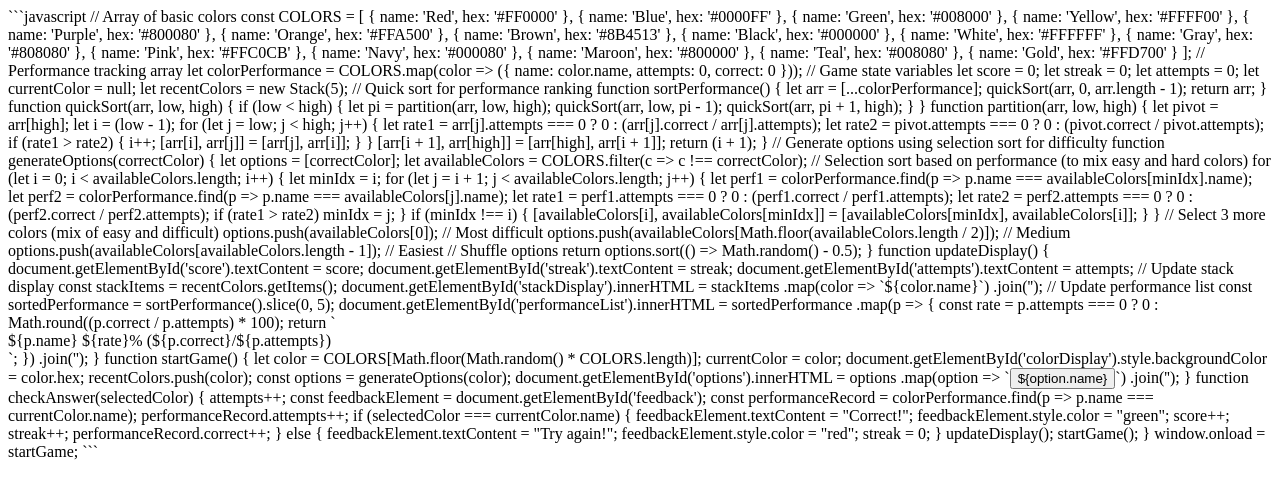
Repository: abhijeets54/learncolors
Page: project.html
The author's editor kept a copy of each file at every save. The page is drawn from the files as they stood at one save, then again after the next save.
The browser window is 1280 px wide. The pictures show the whole page.

Above is the page before, as saved 2024-11-17 19:58:05.

After the next save:
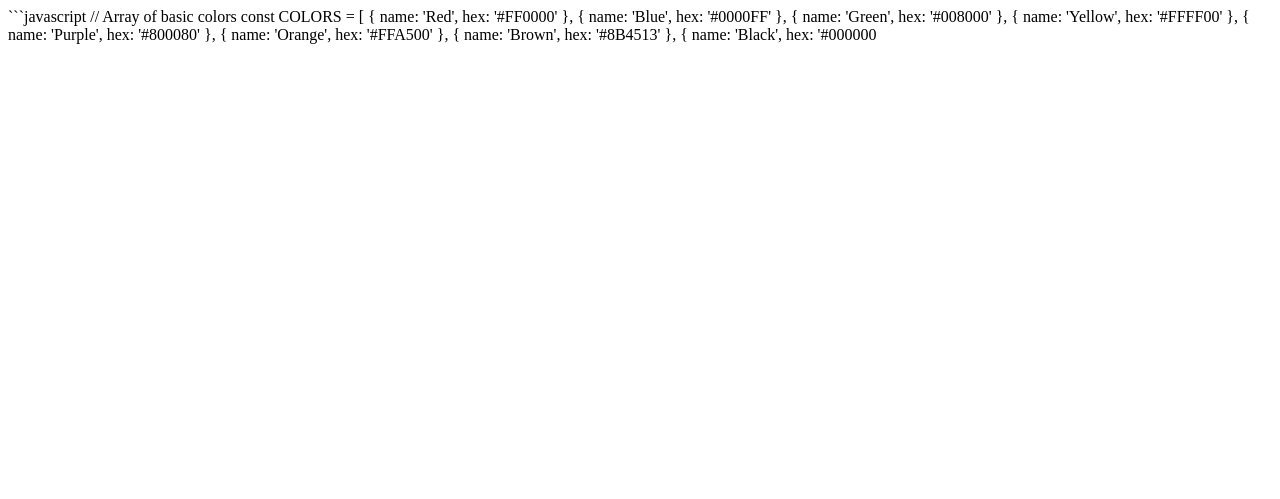
Saved 54 s later.
--- a/project.html
+++ b/project.html
@@ -8,146 +8,4 @@ const COLORS = [
     { name: 'Purple', hex: '#800080' },
     { name: 'Orange', hex: '#FFA500' },
     { name: 'Brown', hex: '#8B4513' },
-    { name: 'Black', hex: '#000000' },
-    { name: 'White', hex: '#FFFFFF' },
-    { name: 'Gray', hex: '#808080' },
-    { name: 'Pink', hex: '#FFC0CB' },
-    { name: 'Navy', hex: '#000080' },
-    { name: 'Maroon', hex: '#800000' },
-    { name: 'Teal', hex: '#008080' },
-    { name: 'Gold', hex: '#FFD700' }
-];
-
-// Performance tracking array
-let colorPerformance = COLORS.map(color => ({
-    name: color.name,
-    attempts: 0,
-    correct: 0
-}));
-
-// Game state variables
-let score = 0;
-let streak = 0;
-let attempts = 0;
-let currentColor = null;
-let recentColors = new Stack(5);
-
-// Quick sort for performance ranking
-function sortPerformance() {
-    let arr = [...colorPerformance];
-    quickSort(arr, 0, arr.length - 1);
-    return arr;
-}
-
-function quickSort(arr, low, high) {
-    if (low < high) {
-        let pi = partition(arr, low, high);
-        quickSort(arr, low, pi - 1);
-        quickSort(arr, pi + 1, high);
-    }
-}
-
-function partition(arr, low, high) {
-    let pivot = arr[high];
-    let i = (low - 1);
-    for (let j = low; j < high; j++) {
-        let rate1 = arr[j].attempts === 0 ? 0 : (arr[j].correct / arr[j].attempts);
-        let rate2 = pivot.attempts === 0 ? 0 : (pivot.correct / pivot.attempts);
-        if (rate1 > rate2) {
-            i++;
-            [arr[i], arr[j]] = [arr[j], arr[i]];
-        }
-    }
-    [arr[i + 1], arr[high]] = [arr[high], arr[i + 1]];
-    return (i + 1);
-}
-
-// Generate options using selection sort for difficulty
-function generateOptions(correctColor) {
-    let options = [correctColor];
-    let availableColors = COLORS.filter(c => c !== correctColor);
-
-    // Selection sort based on performance (to mix easy and hard colors)
-    for (let i = 0; i < availableColors.length; i++) {
-        let minIdx = i;
-        for (let j = i + 1; j < availableColors.length; j++) {
-            let perf1 = colorPerformance.find(p => p.name === availableColors[minIdx].name);
-            let perf2 = colorPerformance.find(p => p.name === availableColors[j].name);
-            let rate1 = perf1.attempts === 0 ? 0 : (perf1.correct / perf1.attempts);
-            let rate2 = perf2.attempts === 0 ? 0 : (perf2.correct / perf2.attempts);
-            if (rate1 > rate2) minIdx = j;
-        }
-        if (minIdx !== i) {
-            [availableColors[i], availableColors[minIdx]] =
-                [availableColors[minIdx], availableColors[i]];
-        }
-    }
-
-    // Select 3 more colors (mix of easy and difficult)
-    options.push(availableColors[0]); // Most difficult
-    options.push(availableColors[Math.floor(availableColors.length / 2)]); // Medium
-    options.push(availableColors[availableColors.length - 1]); // Easiest
-
-    // Shuffle options
-    return options.sort(() => Math.random() - 0.5);
-}
-
-function updateDisplay() {
-    document.getElementById('score').textContent = score;
-    document.getElementById('streak').textContent = streak;
-    document.getElementById('attempts').textContent = attempts;
-
-    // Update stack display
-    const stackItems = recentColors.getItems();
-    document.getElementById('stackDisplay').innerHTML = stackItems
-        .map(color => `<span class="color-item">${color.name}</span>`)
-        .join('');
-
-    // Update performance list
-    const sortedPerformance = sortPerformance().slice(0, 5);
-    document.getElementById('performanceList').innerHTML = sortedPerformance
-        .map(p => {
-            const rate = p.attempts === 0 ? 0 : Math.round((p.correct / p.attempts) * 100);
-            return `<div class="performance-item">
-                <span>${p.name}</span>
-                <span>${rate}% (${p.correct}/${p.attempts})</span>
-            </div>`;
-        })
-        .join('');
-}
-
-function startGame() {
-    let color = COLORS[Math.floor(Math.random() * COLORS.length)];
-    currentColor = color;
-    document.getElementById('colorDisplay').style.backgroundColor = color.hex;
-    recentColors.push(color);
-
-    const options = generateOptions(color);
-    document.getElementById('options').innerHTML = options
-        .map(option => `<button class="color-btn" onclick="checkAnswer('${option.name}')">${option.name}</button>`)
-        .join('');
-}
-
-function checkAnswer(selectedColor) {
-    attempts++;
-    const feedbackElement = document.getElementById('feedback');
-    const performanceRecord = colorPerformance.find(p => p.name === currentColor.name);
-    performanceRecord.attempts++;
-
-    if (selectedColor === currentColor.name) {
-        feedbackElement.textContent = "Correct!";
-        feedbackElement.style.color = "green";
-        score++;
-        streak++;
-        performanceRecord.correct++;
-    } else {
-        feedbackElement.textContent = "Try again!";
-        feedbackElement.style.color = "red";
-        streak = 0;
-    }
-    updateDisplay();
-    startGame();
-}
-
-window.onload = startGame;
-```
+    { name: 'Black', hex: '#000000
